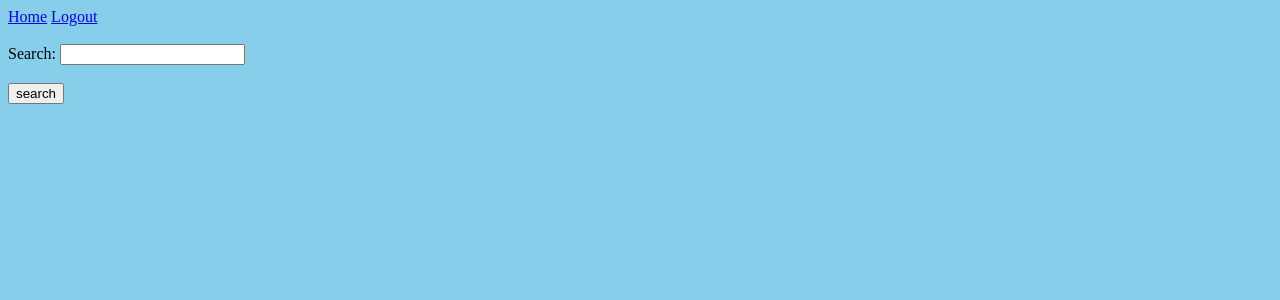
Repository: pawankumarsharm/UST_JDBC_SERVLET
Page: jdbc/empwebapp/WebContent/search.html
These files come from the project's save history. The page is drawn as it stood at one moment and after the next save; the edit follows.
The browser window is 1280 px wide. The pictures show the whole page.

Above is the page before, as saved 2019-11-15 09:23:02.

After the next save:
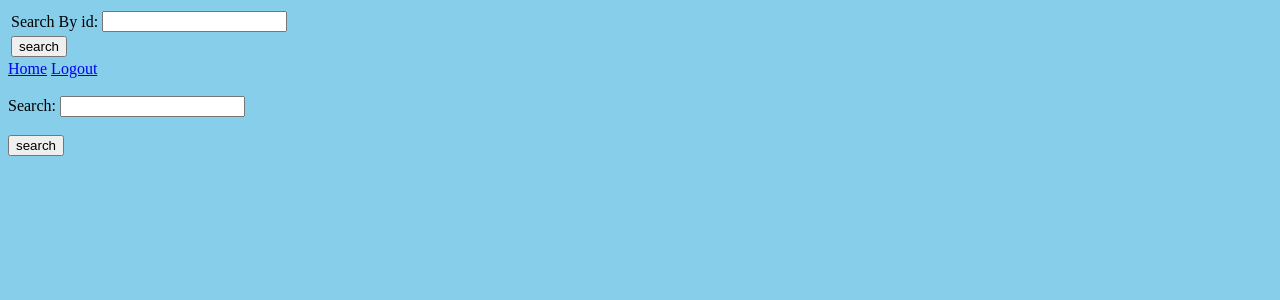
Saved 3 min 13 s later.
--- a/jdbc/empwebapp/WebContent/search.html
+++ b/jdbc/empwebapp/WebContent/search.html
@@ -6,6 +6,20 @@
 </head>
 <body bgcolor="skyblue">
 <form action="">
+<table>
+<tr>
+<td>Search By id:</td>
+<td> <input name="id" type="number"></td>
+</tr>
+<tr>
+<td><input type="submit" value ="search"><br></td>
+</tr>
+
+
+
+
+
+</table>
   <a href="#">Home</a>
 <a href="#">Logout</a><br><br>
 		Search: <input name="id" type="text"><br><br>
